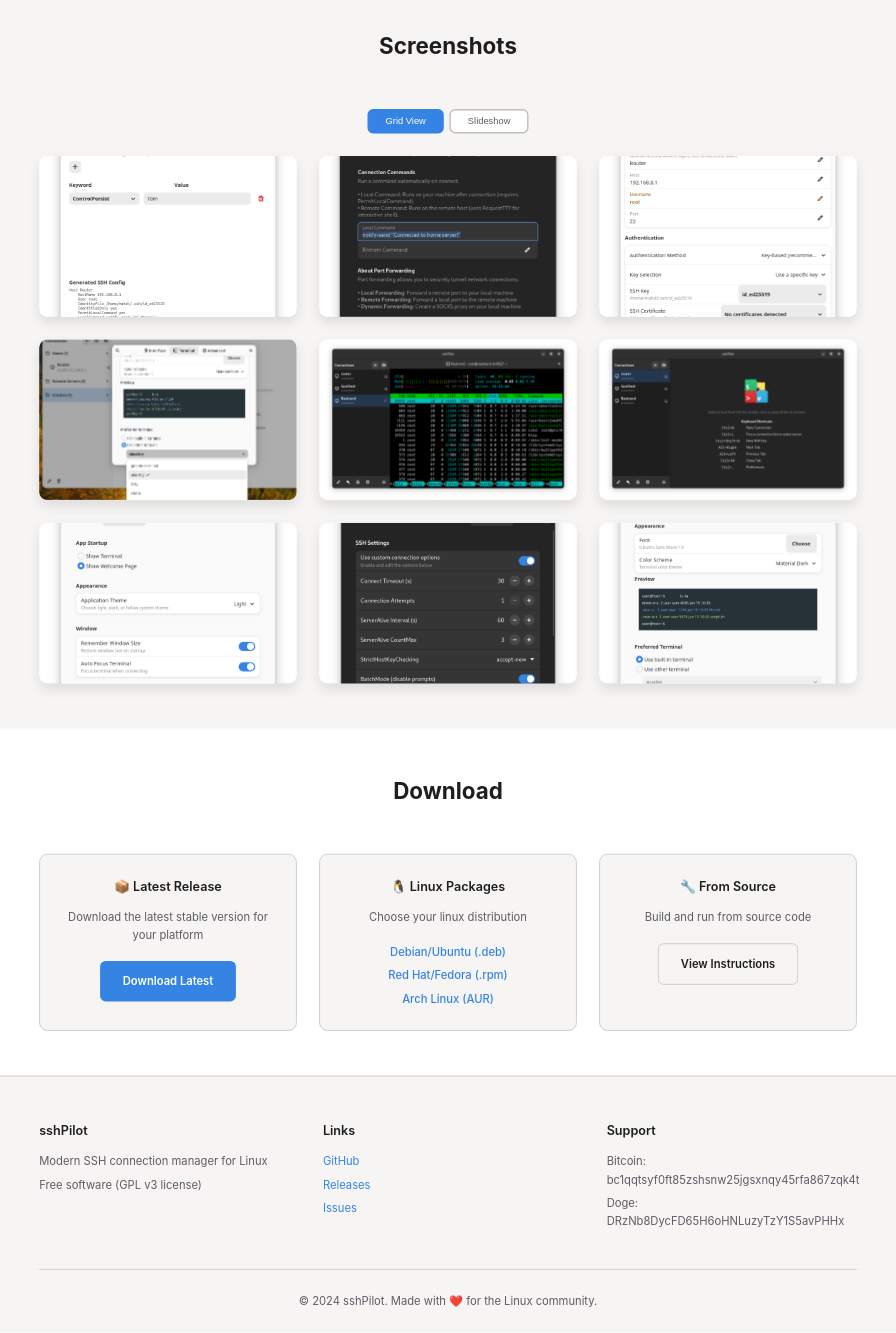
Repository: mfat/sshpilot-website
Page: docs/index.html
These files come from the project's save history. The page is drawn as it stood at one moment and after the next save; the edit follows.
The browser window is 1280 px wide. The pictures show the part of the page from y = 1684 to 3604 px (the page is 3588 px tall before and 3604 px after), at 70% of full size.

Above is the page before, as saved 2025-08-31 02:43:45.

### docs/index.html
<!DOCTYPE html>
<html lang="en">
<head>
    <meta charset="UTF-8">
    <meta name="viewport" content="width=device-width, initial-scale=1.0">
    <title>sshPilot - Modern SSH Connection Manager for Linux</title>
    <meta name="description" content="sshPilot is a user-friendly, modern and lightweight SSH connection manager for Linux, with an integrated terminal. Free alternative to Putty and Termius.">
    <link rel="stylesheet" href="styles.css">
    <link rel="icon" type="image/svg+xml" href="io.github.mfat.sshpilot.svg">
    <script src="screenshots.js" defer></script>
    <meta property="og:title" content="sshPilot - Modern SSH Connection Manager">
    <meta property="og:description" content="User-friendly SSH connection manager with integrated terminal for Linux">
    <meta property="og:type" content="website">
    <meta property="og:url" content="https://mfat.github.io/sshpilot/">
</head>
<body>
    <header class="header">
        <nav class="nav">
            <div class="nav-container">
                <div class="logo">
                    <img src="io.github.mfat.sshpilot.svg" alt="sshPilot Logo" class="logo-img">
                    <span class="logo-text">sshPilot</span>
                </div>
                <div class="nav-links">
                    <a href="#features">Features</a>
                    <a href="#download">Download</a>
                    <a href="#screenshots">Screenshots</a>
                    <a href="https://github.com/mfat/sshpilot" target="_blank">GitHub</a>
                    <button id="theme-toggle" class="theme-toggle" aria-label="Toggle theme">
                        <span class="theme-icon">🌙</span>
                    </button>
                </div>
            </div>
        </nav>
    </header>

    <main>
        <section class="hero">
            <div class="hero-container">
                <div class="hero-content">
                    <h1 class="hero-title">Modern SSH Connection Manager for Linux</h1>
                    <p class="hero-subtitle">User-friendly, lightweight SSH client with integrated terminal. Manage all your servers in one place.</p>
                    <div class="hero-buttons">
                        <a href="#download" class="btn btn-primary">Download Now</a>
                        <a href="https://github.com/mfat/sshpilot" target="_blank" class="btn btn-secondary">View on GitHub</a>
                    </div>
                </div>
                <div class="hero-image">
                    <img src="screenshots/main-window.png" alt="sshPilot Main Window" class="hero-screenshot">
                </div>
            </div>
        </section>

        <section id="features" class="features">
            <div class="container">
                <h2 class="section-title">Features</h2>
                <div class="features-grid">
                    <div class="feature-card">
                        <div class="feature-icon">🖥️</div>
                        <h3>Tabbed Interface</h3>
                        <p>Manage multiple SSH connections with an intuitive tabbed interface for efficient multitasking.</p>
                    </div>
                    <div class="feature-card">
                        <div class="feature-icon">⌨️</div>
                        <h3>Keyboard Navigation</h3>
                        <p>Full keyboard support with shortcuts for quick navigation and command execution.</p>
                    </div>
                    <div class="feature-card">
                        <div class="feature-icon">📁</div>
                        <h3>File Management</h3>
                        <p>Integrated SFTP support for seamless file management using your favorite file manager.</p>
                    </div>
                    <div class="feature-card">
                        <div class="feature-icon">🔐</div>
                        <h3>Secure Storage</h3>
                        <p>Secure credential storage with no passwords saved to clipboard or plain text files.</p>
                    </div>
                    <div class="feature-card">
                        <div class="feature-icon">🌐</div>
                        <h3>Port Forwarding</h3>
                        <p>Full support for Local, Remote and Dynamic port forwarding with easy configuration.</p>
                    </div>
                    <div class="feature-card">
                        <div class="feature-icon">🔑</div>
                        <h3>Key Management</h3>
                        <p>Generate keypairs and copy them to remote servers with built-in ssh-copy-id support.</p>
                    </div>
                    <div class="feature-card">
                        <div class="feature-icon">🎨</div>
                        <h3>Customizable UI</h3>
                        <p>Light/Dark themes and customizable terminal fonts and color schemes.</p>
                    </div>
                    <div class="feature-card">
                        <div class="feature-icon">⚡</div>
                        <h3>Performance</h3>
                        <p>Lightweight and fast, built with modern GTK4 and Adwaita for optimal performance.</p>
                    </div>
                    <div class="feature-card">
                        <div class="feature-icon">💻</div>
                        <h3>Use your favorite terminal</h3>
                        <p>Customize your terminal experience with your preferred terminal emulator.</p>
                    </div>
                </div>
            </div>
        </section>

        <section id="screenshots" class="screenshots">
            <div class="container">
                <h2 class="section-title">Screenshots</h2>

                <!-- View Toggle Buttons -->
                <div class="view-toggle">
                    <button class="view-btn active" data-view="grid">Grid View</button>
                    <button class="view-btn" data-view="slideshow">Slideshow</button>
                </div>

                <!-- Grid View -->
                <div class="screenshots-grid" id="grid-view">
                    <!-- Screenshots will be loaded dynamically -->
                </div>

                <!-- Slideshow View -->
                <div class="slideshow-container" id="slideshow-view" style="display: none;">
                    <div class="slideshow-wrapper">
                        <div class="slideshow-slide">
                            <img src="" alt="" class="slideshow-img">
                            <div class="slideshow-caption"></div>
                        </div>
                        <button class="slideshow-btn slideshow-prev" aria-label="Previous">‹</button>
                        <button class="slideshow-btn slideshow-next" aria-label="Next">›</button>
                        <button class="slideshow-close" aria-label="Close">✕</button>
                    </div>
                    <div class="slideshow-indicators">
                        <!-- Indicators will be generated dynamically -->
                    </div>
                    <div class="slideshow-controls">
                        <button class="slideshow-play-pause" aria-label="Play/Pause">⏸</button>
                        <span class="slideshow-counter">1 / 6</span>
                    </div>
                </div>
            </div>
        </section>

        <section id="download" class="download">
            <div class="container">
                <h2 class="section-title">Download</h2>
                <div class="download-options">
                    <div class="download-card">
                        <h3>📦 Latest Release</h3>
                        <p>Download the latest stable version for your platform</p>
                        <a href="https://github.com/mfat/sshpilot/releases/latest" target="_blank" class="btn btn-primary">Download Latest</a>
                    </div>
                    <div class="download-card">
                        <h3>🐧 Linux Packages</h3>
                        <p>Choose your linux distribution</p>
                        <div class="package-links">
                            <a href="https://github.com/mfat/sshpilot/releases/latest" target="_blank" class="package-link">Debian/Ubuntu (.deb)</a>
                            <a href="https://github.com/mfat/sshpilot/releases/latest" target="_blank" class="package-link">Red Hat/Fedora (.rpm)</a>
                            <a href="https://aur.archlinux.org/packages/sshpilot" target="_blank" class="package-link">Arch Linux (AUR)</a>
                        </div>
                    </div>
                    <div class="download-card">
                        <h3>🔧 From Source</h3>
                        <p>Build and run from source code</p>
                        <a href="https://github.com/mfat/sshpilot#run-from-source" target="_blank" class="btn btn-secondary">View Instructions</a>
                    </div>
                </div>
            </div>
        </section>


    </main>

    <footer class="footer">
        <div class="container">
            <div class="footer-content">
                <div class="footer-section">
                    <h3>sshPilot</h3>
                    <p>Modern SSH connection manager for Linux</p>
                    <p>Free software (GPL v3 license)</p>
                </div>
                <div class="footer-section">
                    <h3>Links</h3>
                    <a href="https://github.com/mfat/sshpilot" target="_blank">GitHub</a>
                    <a href="https://github.com/mfat/sshpilot/releases" target="_blank">Releases</a>
                    <a href="https://github.com/mfat/sshpilot/issues" target="_blank">Issues</a>
                </div>
                <div class="footer-section">
                    <h3>Support</h3>
                    <p>Bitcoin: bc1qqtsyf0ft85zshsnw25jgsxnqy45rfa867zqk4t</p>
                    <p>Doge: DRzNb8DycFD65H6oHNLuzyTzY1S5avPHHx</p>
                </div>
            </div>
            <div class="footer-bottom">
                <p>&copy; 2024 sshPilot. Made with ❤️ for the Linux community.</p>
            </div>
        </div>
    </footer>

    <script src="script.js"></script>
</body>
</html>

Loaded but not shown: docs/screenshots.js (208 lines, source omitted); docs/script.js (181 lines, source omitted); docs/styles.css (784 lines, source omitted)

After the next save:
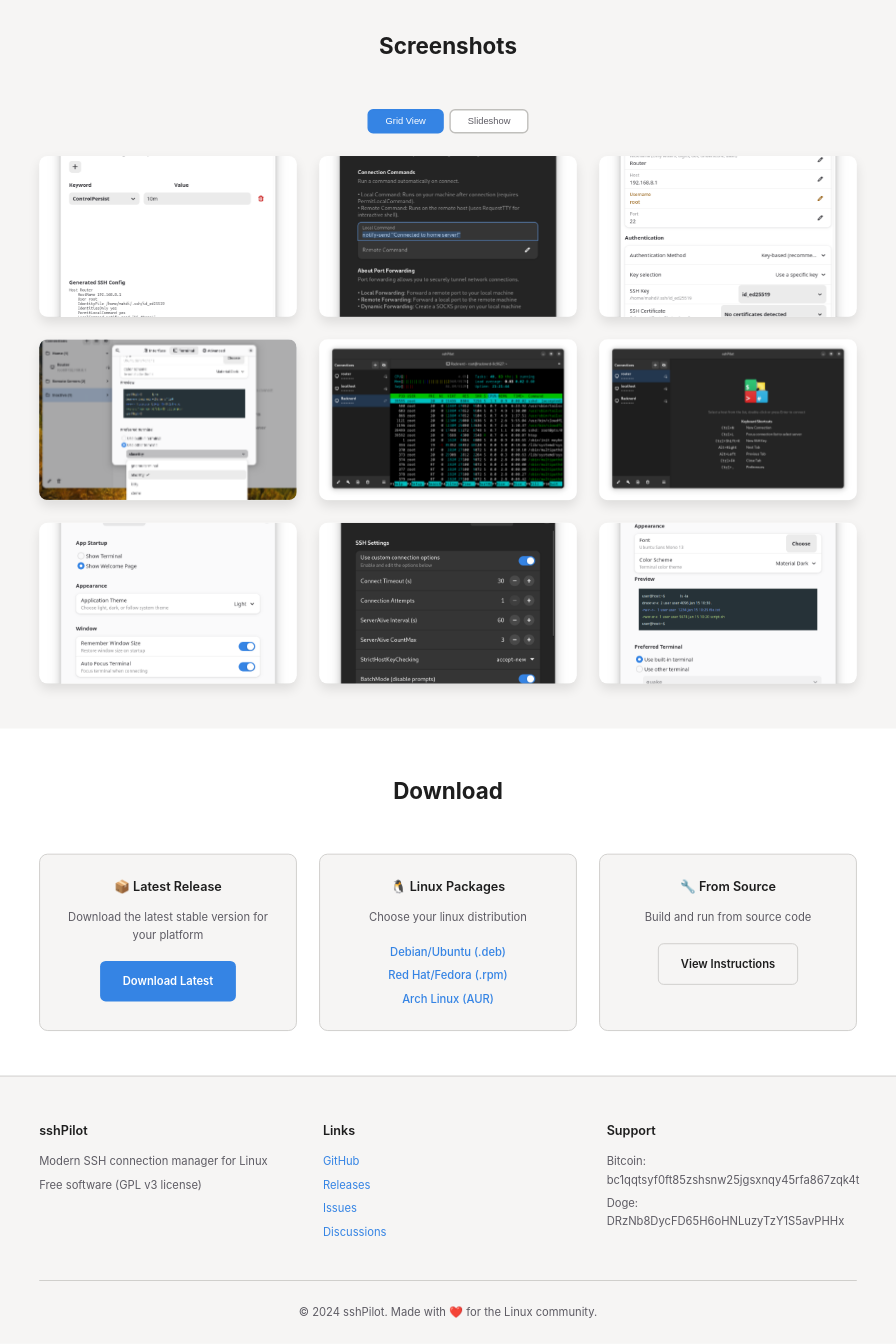
Saved 3 min 52 s later.
--- a/docs/index.html
+++ b/docs/index.html
@@ -184,6 +184,7 @@
                     <a href="https://github.com/mfat/sshpilot" target="_blank">GitHub</a>
                     <a href="https://github.com/mfat/sshpilot/releases" target="_blank">Releases</a>
                     <a href="https://github.com/mfat/sshpilot/issues" target="_blank">Issues</a>
+                    <a href="https://github.com/mfat/sshpilot/discussions" target="_blank">Discussions</a>
                 </div>
                 <div class="footer-section">
                     <h3>Support</h3>
